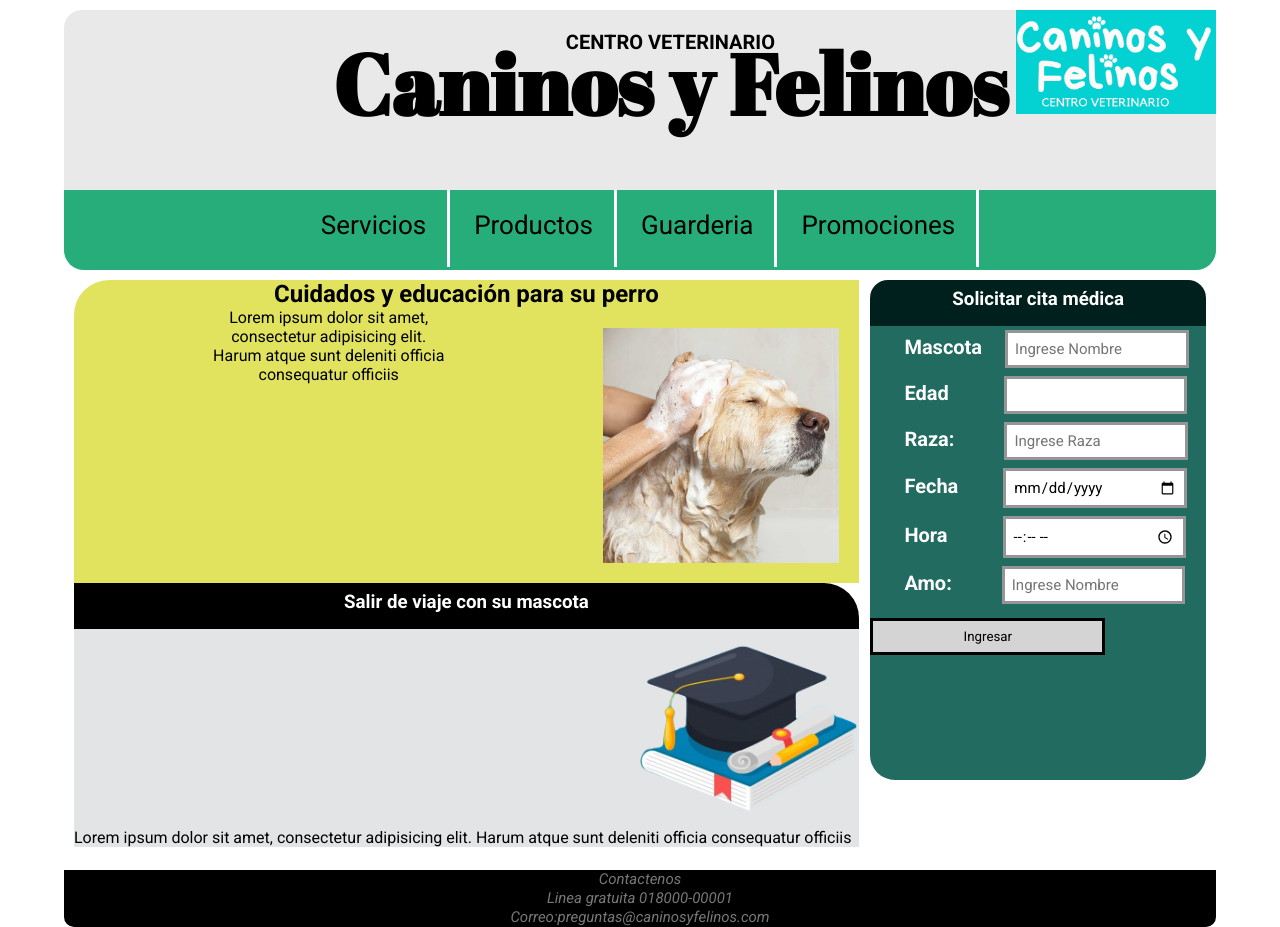
Repository: NickArregoces/Veterinaria
Page: Index.html
The author's editor kept a copy of each file at every save. The page is drawn from the files as they stood at one save, then again after a run of saves.
The browser window is 1280 px wide. The pictures show the whole page.

Above is the page before, as saved 2021-10-05 17:03:50.

### Index.html
<!DOCTYPE html>
<html lang="en">
<head>
    <meta charset="UTF-8">
    <meta http-equiv="X-UA-Compatible" content="IE=edge">
    <meta name="viewport" content="width=device-width, initial-scale=1.0">
    <title>Canicos y felinos</title>
    <link rel="stylesheet" href="/CSS/Style.css">
    <link href="https://fonts.googleapis.com/css2?family=Roboto:ital,wght@0,100;0,300;0,400;0,500;0,700;0,900;1,100;1,300;1,400;1,500;1,700;1,900&display=swap" rel="stylesheet">
    <link rel="preconnect" href="https://fonts.googleapis.com">
    <link rel="preconnect" href="https://fonts.gstatic.com" crossorigin>
    <link href="https://fonts.googleapis.com/css2?family=Abril+Fatface&display=swap" rel="stylesheet">

</head>
<body>
    <div id="head">
        <header>
            <div class="image">
                <img src="/Images/logo.png" alt="logo">
            </div>
            <div class="title" >
                <h3>CENTRO VETERINARIO</h3>
                <h1>Caninos y Felinos</h1>
            </div>

        </header>

        <div class="navegador">
            <ul class="menu">
                <li><a href="#">Servicios</a></li>
                <li><a href="#">Productos</a></li>
                <li><a href="#">Guarderia</a></li>
                <li><a href="#">Promociones</a></li>
            </ul>
        </div>

    </div>
        <div id="Contenido">
            <div class="section">

                <form action="" class="cita">
                    <h3 style="color: rgb(255, 255, 255);">Solicitar cita médica</h3>
                        <div class="Mascota">
                            <h4>Mascota<input type="text" placeholder="Ingrese Nombre" required></h4>
                        </div>

                        <div class="Edad">
                            <h4>Edad<input type="number" required></h4>
                        </div>

                        <div class="Raza">
                            <h4>Raza:<input type="text" placeholder="Ingrese Raza" required></h4>
                        </div>
                        <div class="Fecha">
                            <h4>Fecha<input type="date" placeholder="" required></h4>
                        </div>

                        <div class="Hora">
                            <h4>Hora<input type="time" required></h4>
                        </div>

                        <div class="Amo">
                            <h4>Amo:<input type="text" placeholder="Ingrese Nombre" required></h4>
                        </div>

                    <div class="center">
                        <button class="sumbit"> Ingresar </button>
                    </div>

                </form>
            </div>

            <div id="Cuadros">
                <aside>
                    <div class="Cuidados">
                        <h2 style="color: rgb(0, 0, 0);">Cuidados y educación para su perro</h2>

                        <div id="Prueba">
                        <img id="Prubea" src="/Images/credit.png" alt="">

                        <p>Lorem ipsum dolor sit amet, consectetur adipisicing elit.
                            Harum atque sunt deleniti officia consequatur officiis</p>
                        </div>
                    </div>

                    <div class="Viajes">
                        <h3 style="color: rgb(255, 255, 255);">Salir de viaje con su mascota</h3>

                        <div id="Prueba">
                        <img id="Prubea" src="/Images/Captura de pantalla 2021-10-04 181948.png" alt="">
                        </div>

                        <p>Lorem ipsum dolor sit amet, consectetur adipisicing elit.
                            Harum atque sunt deleniti officia consequatur officiis</p>
                    </div>
                </aside>
            </div>

            <div>
                <footer>
                        <p>Contactenos</p>
                        <p>Linea gratuita 018000-00001</p>
                        <p>Correo:preguntas@caninosyfelinos.com</p>
                </footer>
            </div>
        </div>

</body>
</html>

### CSS/Style.css

*{
    margin: 0 auto;
    padding: 0px;
    list-style:none;
    font-family: 'Roboto', sans-serif;
}
body{
    font-family: Arial, Helvetica, sans-serif;
    background: rgb(255, 255, 255);
    width: 90%;
    color: rgb(0, 0, 0);
}
header{
    width: 100%;
    margin-top: 10px;
    background:rgb(233, 233, 233);
    border-top-left-radius:  18px;
    border-top-right-radius:  18px;
    height: 180px;
}
    img{
        float: right;
        width: 200px;
    }
    .title{
        float: right;
        width: 60%;
        margin-top: 20px;
    }
    header h1{
        font-family: 'Abril Fatface', cursive;
        font-size: 85px;
        text-align: center;
        line-height: 60px;
        display: block;
        color: black;
    }
    header h3{
        font-size: 20px;
        text-align: center;
    }
div.navegador{
    text-align: center;
}
    ul.menu{
        border-bottom-left-radius: 20px 20px;
        border-bottom-right-radius: 20px 20px;
        background: rgb(38, 173, 122);
        height: 80px;
        list-style: none;
        padding: 0;
        max-width: 10000px;
    }
    .menu li a{
        height: 37px;
        font-size: 26px;
        margin-right: 1px;
        text-decoration: none;
        color:black;
        padding: 20px;
        display: inline-block;
    }
    .menu li {
        border-right: solid white;
        display: inline-block;
        }
    .menu li a:hover{
        background: #242323b6;
        color: white;
        }

.section{
    width: 30%;
    float: right;
}
    /*Formulario Login*/
    form{
        background: rgb(33, 107, 97);
        border-radius: 25px;
        margin-top: 10px;
        margin-right:10px;
        margin-bottom: 10px;
        height: 500px;
    }
        form h3{
            text-align: center;
            background: rgb(0, 32, 29);
            height: 30px;
            padding: 8px;
            border-top-left-radius: 18px;
            border-top-right-radius: 18px;
        }
        form h4{
            font-size: 20px;
            padding: 4px;
            margin-left: 30px;
            color: rgb(255, 255, 255);

        }
        form input{
            font-size: 15px;
            width: 55%;
            padding: 7px;
            display: inline;
            border: solid rgb(149, 149, 149);
            margin-left: 10px;
        }
        div.Mascota input {
            margin-left: 23px;
        }
        div.Edad input {
            margin-left: 55px;
        }
        div.Raza input {
            margin-left: 50px;
        }
        div.Fecha input {
            margin-left: 45px;
        }
        div.Hora input {
            margin-left: 55px;
        }
        div.Amo input {
            margin-left: 50px;
        }
        div.button{
            margin-top: 10px;
            margin: auto;
            text-align: center;
            width: 50%;
            cursor: pointer;
        }
        button{
            margin-top: 10px;
            width: 70%;
            padding: 8px;
            background: rgb(212, 212, 212);
            border: solid black;
            cursor: pointer;
        }
        button:hover{
            background: #000000b6;
            color: rgb(255, 255, 255);
        }
aside{
    width: 69%;
    height: 580px;
    margin-top: 10px;
    float: left;
    margin-bottom: 10px;
}
    div.Cuidados{
        border-top-left-radius: 35px;
        margin-left: 10px;
        background: rgba(216, 219, 45, 0.76);
        text-align:center;
        overflow:hidden;
    }
    /*Centrado Imagenes aside*/
    #Prueba{
        float: right;
    }
        div.Cuidados img {
            margin: 20px;
            width: 30%;
            border-color: black;
        }
        /*Efecto Imagenes aside*/
        div img:hover{
            -webkit-transform:scale(0.9);
            transform:scale(0.9);
        }
        div.Cuidados p{
            width: 30%;
            display: inline-block;
            text-align: center;
        }

    div.Viajes {
        border-top-right-radius: 35px;
        margin-left: 10px;
        background: #e3e4e5;
     }
        div.Viajes img {
            width: 220px;
            margin-top: 15px;
            margin-bottom: 15px;
        }
        div.Viajes h3{
            text-align: center;
            background: black;
            height: 30px;
            padding: 8px;
            border-top-right-radius: 35px;
        }
        div.Viajes p{
            display: inline-block;
            text-align: center;
        }

footer{
    background: black;
    clear: both;
    border-bottom-left-radius: 10px;
    border-bottom-right-radius: 10px;
}
    footer p{
        font-size: 15px;
        text-align: center;
        line-height: 15px;
        color: rgb(121, 119, 119);
        font-style:italic;
        padding: 2px;
    }

After the next 2 saves:
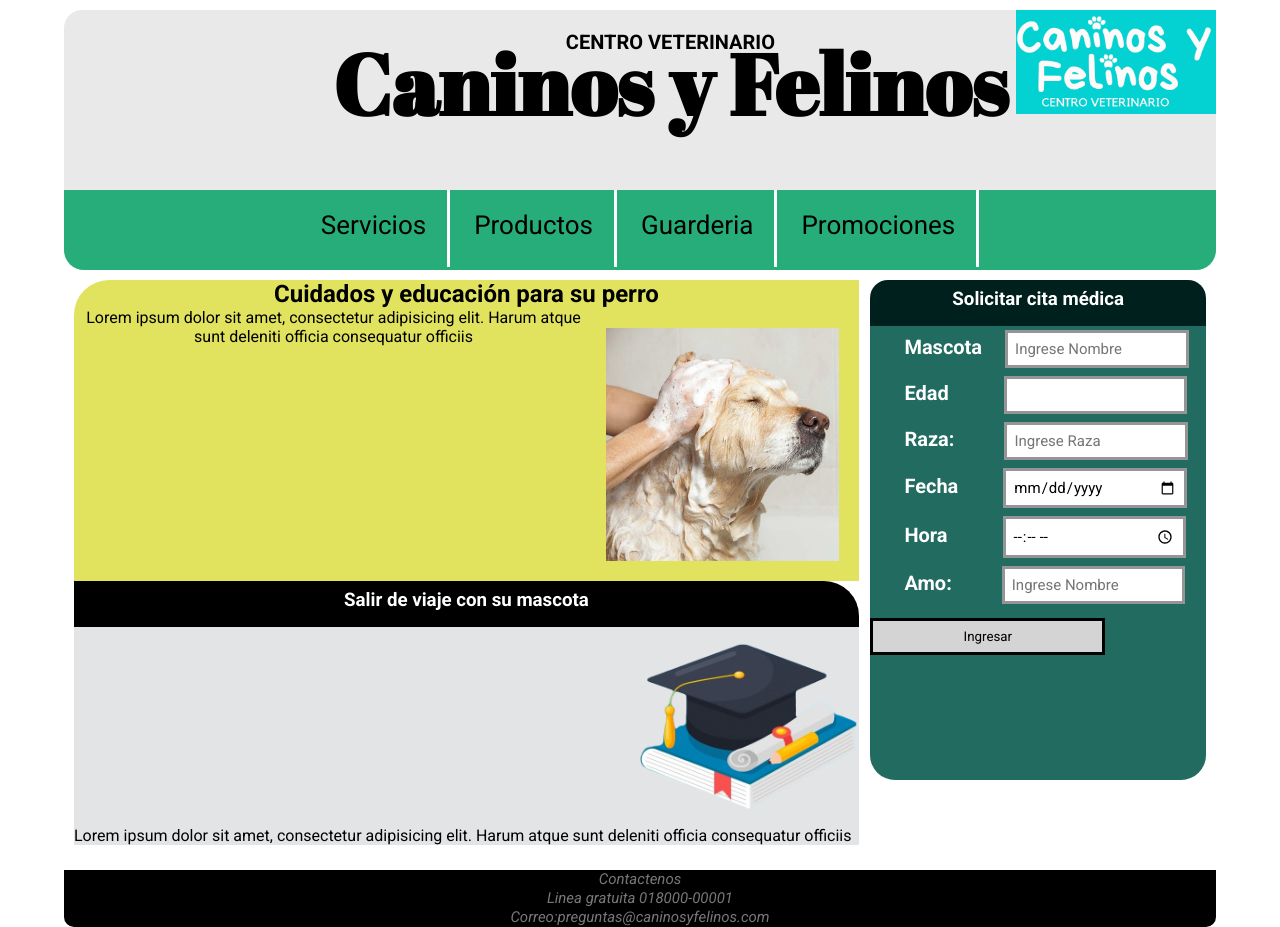
The 2 saves are shown as one change because they came seconds apart.
The last was saved 12 s later.
--- a/CSS/Style.css
+++ b/CSS/Style.css
@@ -171,7 +171,7 @@ aside{
             -webkit-transform:scale(0.9);
             transform:scale(0.9);
         }
-        div.Cuidados p{
+        div.Cuidados h3{
             width: 30%;
             display: inline-block;
             text-align: center;
